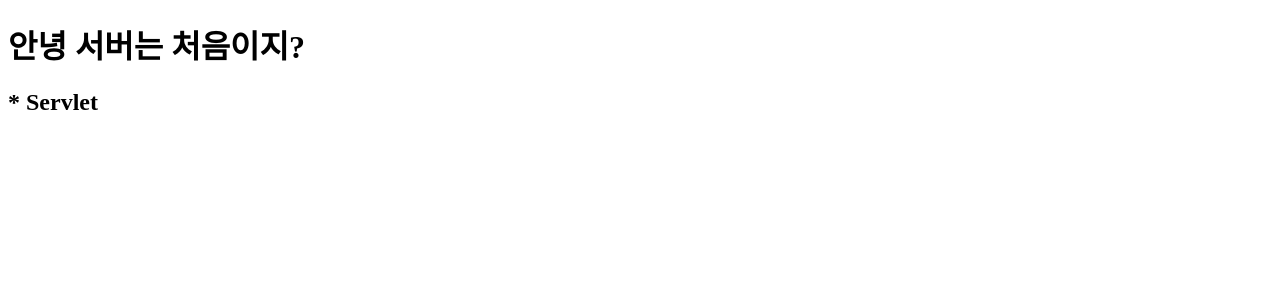
Repository: seunghee971015/Server_Work
Page: Servlet01/src/main/webapp/index.html
These files come from the project's save history. The page is drawn as it stood at one moment and after the next save; the edit follows.
The browser window is 1280 px wide. The pictures show the whole page.

Above is the page before, as saved 2023-10-11 00:29:39.

### Servlet01/src/main/webapp/index.html
<!DOCTYPE html>
<html>
<head>
<meta charset="UTF-8">
<title>Insert title here</title>
</head>
<body>
	<h1>안녕 서버는 처음이지?<h1/>

	<h2>* Servlet</h2>

</body>
</html>

After the next save:
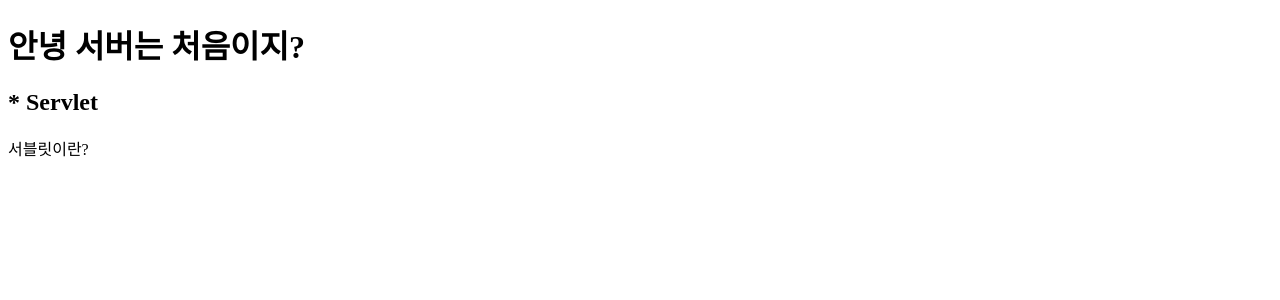
Saved 41 s later.
--- a/Servlet01/src/main/webapp/index.html
+++ b/Servlet01/src/main/webapp/index.html
@@ -8,6 +8,7 @@
 	<h1>안녕 서버는 처음이지?<h1/>
 
 	<h2>* Servlet</h2>
-
+	<p>
+		서블릿이란? <br
 </body>
 </html>
